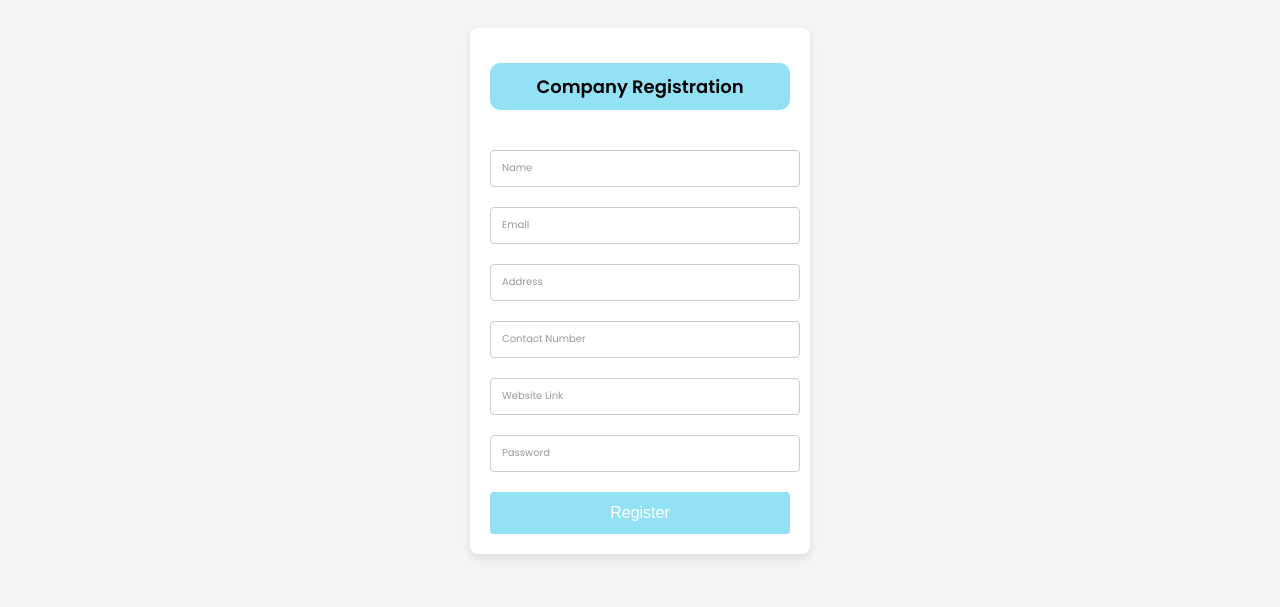
Repository: parthsabhani/Job_Portal_JSP_Servlet
Page: http://localhost/Job_Portal/companyRegistration.jsp
The author's editor kept a copy of each file at every save. The page is drawn from the files as they stood at one save, then again after the next save.
The browser window is 1280 px wide. The pictures show the whole page.
The page is served by Tomcat 10.

Above is the page before, as saved 2025-04-22 11:08:55.

After the next save:
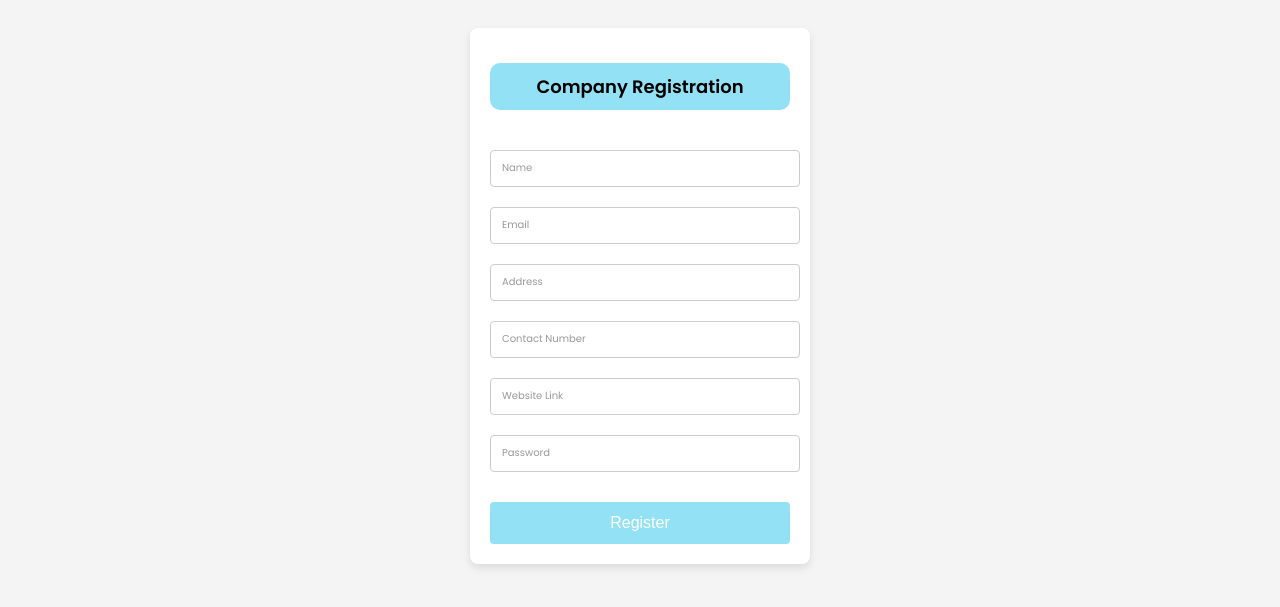
Saved 20 s later.
--- a/Job_Portal/src/main/webapp/companyRegistration.jsp
+++ b/Job_Portal/src/main/webapp/companyRegistration.jsp
@@ -157,6 +157,10 @@ label {
 					required> <label for="password">Password</label>
 			</div>
 
+			<div id="errorMessages" class="error">
+				${ error }
+			</div>
+
 			<button type="submit" class="submit-btn" name="name" value="register">Register</button>
 
 		</form>
